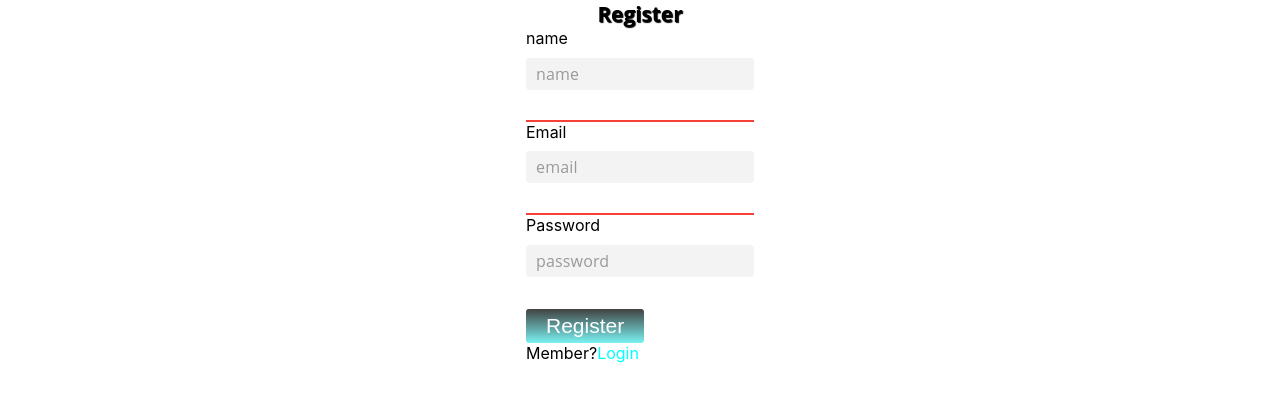
Repository: CSituma/React-Express-Form-Logic
Page: /register (app in client/)
An editor plug-in stored every save of this project. The page is shown before and after the next save, followed by the edit.
The browser window is 1280 px wide. The pictures show the whole page.
The project was rebuilt for these pictures with package versions that can differ from the ones it lists, and the page was loaded fresh each time. Also part of the build but not shown: client/src/components/login/login.jsx, client/src/components/login/dashboard.jsx.

Above is the page before, as saved 2020-11-30 14:48:13.

### client/src/App.jsx
import React from 'react'
import Login from "./components/login/login"
import Dashboard from "./components/login/dashboard"
import Register from "./components/login/register"

import {BrowserRouter as Router, Switch,Route} from "react-router-dom";

const App =()=> {



    return (
      <Router>
        <Switch>

        <Route path='/' exact component={Login}/>
        <Route path='/dashboard' exact component={Dashboard}/>
        <Route path='/register' exact component={Register}/>


       </Switch>
      </Router>
    )

}

export default App;

### client/src/components/login/register.jsx
import React, { Component } from "react";
import "./style.scss";
import axios from "axios";
import {Link} from "react-router-dom"
import {TextField} from "@material-ui/core"



export default class Register extends Component {


state = {
username:"",
usernameerror:"",
email:"",
emailerror:"",
password:"",
passworderror:"",
errors:'',

  }

handleChange = (e) =>{

  this.setState({[e.target.name]:e.target.value})


  }

validatefields = () =>{
  let errors = {}
  let isError = false

  if (!this.state.username.trim()) {
    isError = true;
    errors.username= 'Username is required';
  }
   else if (!/^[A-Za-z]+/.test(this.state.username.trim())) {
     isError = true
    errors.username = 'Enter a valid name';
  }


  if (!this.state.email) {
    isError = true;
    errors.email = 'Email is required';
  }
  else if (!/\S+@\S+\.\S+/.test(this.state.email)) {
    isError = true;
    errors.email = 'Email address is invalid';
  }

  if (!this.state.password.trim()) {
    isError = true;
    errors.password = 'Password is required';
  }
   else if (this.state.password.length < 6) {
    isError = true;
    errors.password = 'Password needs to be atleast 6 characters';
  }

    if(isError)
    {this.setState(
      {emailerror:errors.email,
      passworderror:errors.password,
      usernameerror:errors.username})}

  return isError;


}
   submit = (e) =>{
    e.preventDefault();

   const error = this.validatefields()

   if (!error){
    const payload = {
       username:this.state.username,
      email:this.state.email,
      password:this.state.password,

    }

  axios({
    url: '/api/login/loginuser',
    method: 'POST',
    data: payload
  })
    .then(()=> {
      console.log('user has been sent to the server')
      this.delete();
    })
    .catch(err => {
      console.log(err.message);
    });
    }
   }

  delete = () => {
    this.setState({
      name: '',
      email:'',
      password: '',
    });
  };

  render() {
  console.log(this.state)

    return (
      <div className="form-container">
        <div className="header">Register</div>
        <div className="content">
          <form className="form" onSubmit = {this.submit} >
            <div className="form-group">
              <label htmlFor="name">name</label>
              <TextField
               type="text" name="username"
               value = {this.state.username}
               onChange={this.handleChange} placeholder="name"
               error
               helperText
               ={this.state.usernameerror}

               />

            </div>

            <div className="form-group">
              <label htmlFor="email">Email</label>
              <TextField
                type="email"
              name="email"placeholder="email"
              autoComplete="true" value= {this.state.email}
               onChange={this.handleChange}
               error
               helperText
               ={this.state.emailerror} />
            </div>

            <div className="form-group">
              <label htmlFor="password">Password</label>
              < TextField
               type="password"
              name="password"placeholder="password"
               autoComplete="true" value= {this.state.password}
                onChange={this.handleChange}
                InputProps={{ disableUnderline: true }}
                error
                helperText
                ={this.state.passworderror}/>
            </div>


             <button className="btn">Register </button>


          </form>
          <div className="toggler">
            Member?
          <Link to ="./">Login</Link>
          </div>
        </div>



      </div>
    );
    }
}

### client/src/components/login/style.scss
.form-container {
  width:100%;
  display: flex;
  height:400px;
  flex-direction: column;
  align-items: center;
  margin: 0;

  .header {
    font-size: 1.3rem;
    margin-top: 0;
    font-weight:bold;
    text-shadow:1px 1px 1px black;
    font-family: "Open Sans", sans-serif;
  }

  .content {
    display: flex;
    flex-direction: column;

    .image {
      width:150px;
      img {
        max-width: 100%;
      }
    }

    .form {
      align-items: center;
      .form-group {
        display: flex;
        flex-direction: column;
        align-items: flex-start;
        width: fit-content;
        label {
          font-size:1rem;
        }
        input {
          margin-top:0.6rem;
          max-width:20em;
          height:2rem;
          padding: 0px 10px;
          font-size: 1rem;
          font-family: "Open Sans", sans-serif;
          background-color: #f3f3f3;
          border: 0;
          border-radius: 4px;
          margin-bottom:2rem;
          transition: all 250ms ease-in-out;


          &:focus {
            outline: none;
            box-shadow: 0px 0px 12px 0.8px rgba(0, 0, 0, 0.356);
          }
        }
      }
    }
  }

  .footer {
    margin-top:1em;
  }
}

//Button
.btn {
  font-size: 21px;
  margin-top:0;
  padding: 5px 20px;
  border: 0;
  background:linear-gradient(rgba(0, 0, 0, 0.74),rgba(64, 236, 236, 0.698));
  color: #fff;
  border-radius: 3px;
  transition: all 250ms ease-in-out;
  cursor: pointer;
  &:hover {
    transition: 2s;
    background:black;
  }
  &:focus {
    outline: none;
  }
}
.toggler a{
text-decoration: none;
color:aqua;
}

Loaded but not shown: client/public/index.html (common file); client/src/index.js (common file); client/src/index.css (common file); client/src/reportWebVitals.js (common file)

After the next save:
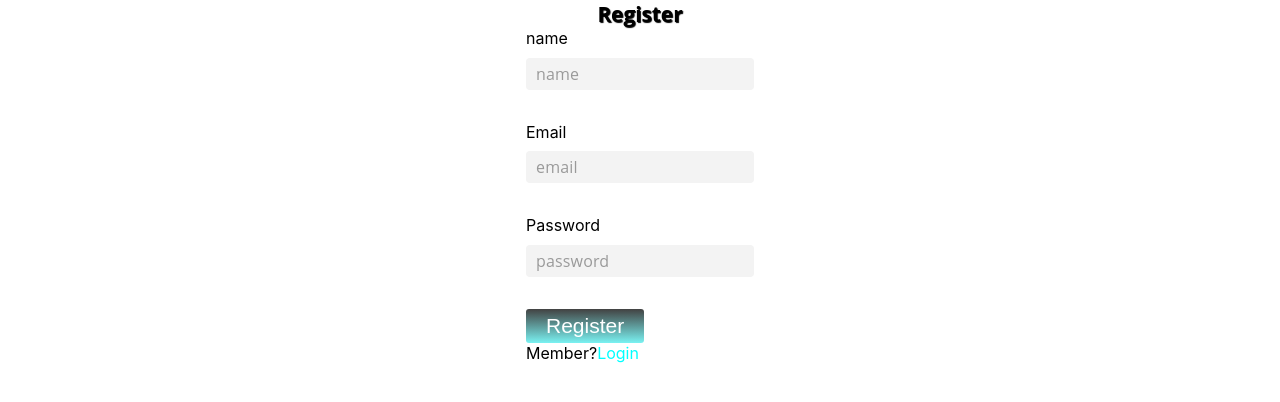
Saved 66 s later.
--- a/client/src/components/login/register.jsx
+++ b/client/src/components/login/register.jsx
@@ -119,6 +119,7 @@ validatefields = () =>{
                type="text" name="username"
                value = {this.state.username}
                onChange={this.handleChange} placeholder="name"
+               InputProps={{ disableUnderline: true }}
                error
                helperText
                ={this.state.usernameerror}
@@ -134,6 +135,7 @@ validatefields = () =>{
               name="email"placeholder="email"
               autoComplete="true" value= {this.state.email}
                onChange={this.handleChange}
+               InputProps={{ disableUnderline: true }}
                error
                helperText
                ={this.state.emailerror} />
